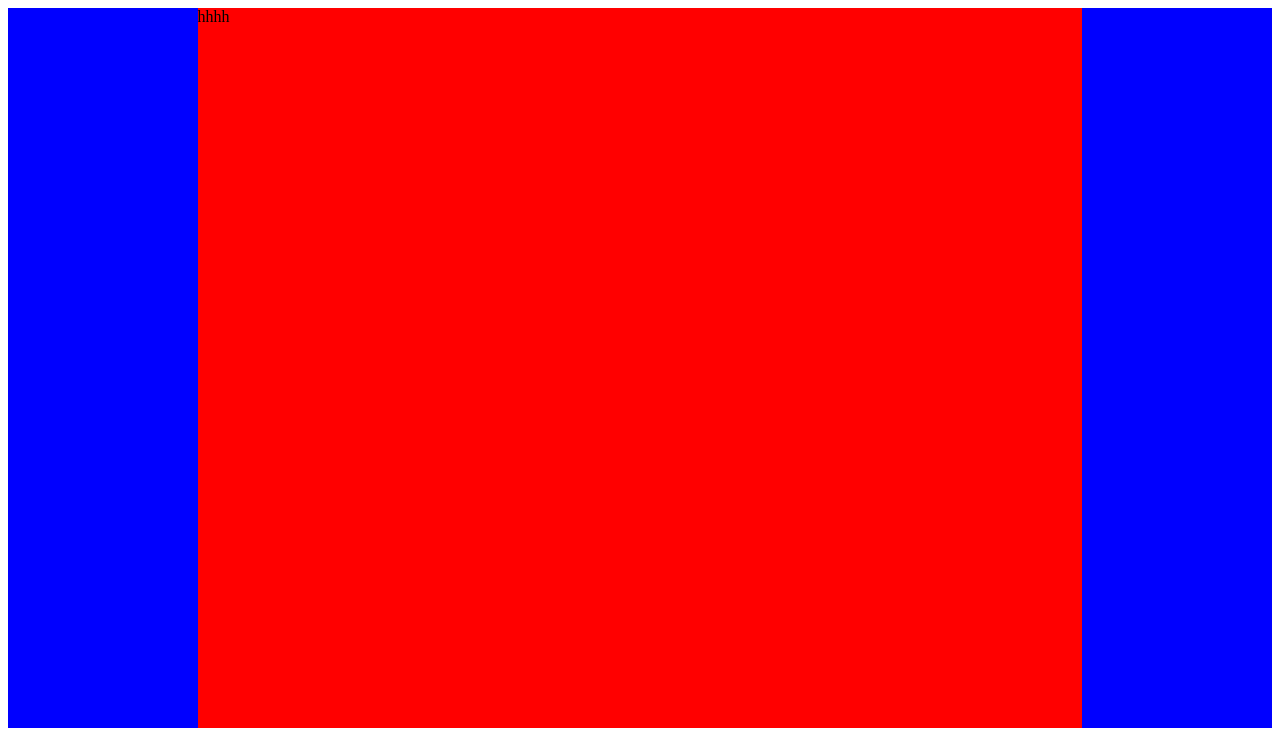
Repository: rwanda95do/bitcamp
Page: FrontProject/src/main/webapp/html/review.html
The author's editor kept a copy of each file at every save. The page is drawn from the files as they stood at one save, then again after the next save.
The browser window is 1280 px wide. The pictures show the whole page.

Above is the page before, as saved 2024-08-30 09:10:57.

### FrontProject/src/main/webapp/html/review.html
<!DOCTYPE html>
<html>
<head>
<meta charset="UTF-8">
<title>Insert title here</title>
<style type="text/css">
.container{
	background: blue;
	display: flex;
	justify-content: center;
	height: 100vh;
}
.main {
	width: 70%;
	background: red;
}
</style>
</head>
<body>
	<div class="container">
		<div class="main">
		hhhh
		</div>
	</div>
</body>
</html>

After the next save:
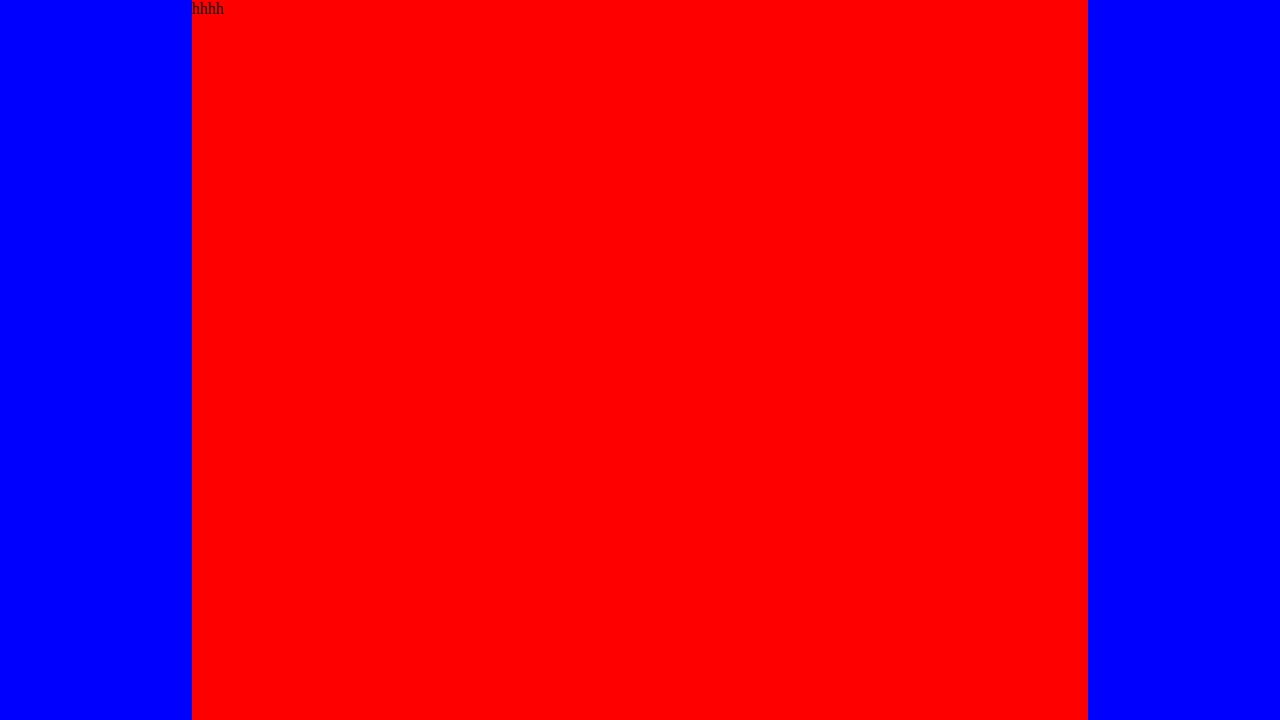
Saved 46 s later.
--- a/FrontProject/src/main/webapp/html/review.html
+++ b/FrontProject/src/main/webapp/html/review.html
@@ -4,6 +4,11 @@
 <meta charset="UTF-8">
 <title>Insert title here</title>
 <style type="text/css">
+html, body{
+	margin: 0;
+	padding: 0;
+	height: 100%;
+}
 .container{
 	background: blue;
 	display: flex;
